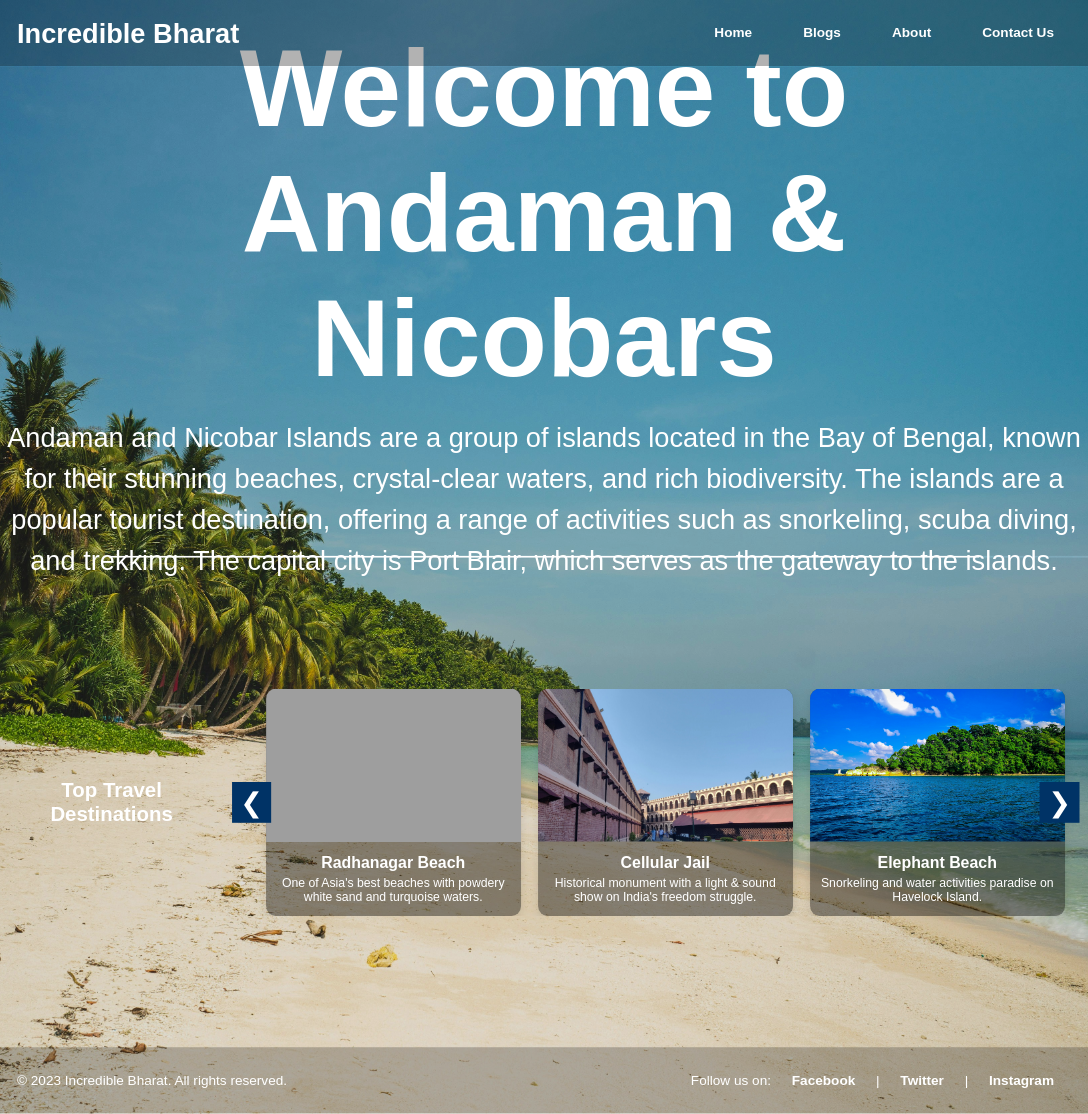
Repository: jaidhiman111/incrediblebharat
Page: destinations/Andaman-Nicobar/Andaman&Nicobar.html
An editor plug-in stored every save of this project. The page is shown before and after the next save, followed by the edit.
The browser window is 1280 px wide. The pictures show the whole page, at 85% of full size.
Pictures or frames that could not be fetched are drawn as grey boxes.

Above is the page before, as saved 2025-05-01 21:42:35.

After the next save:
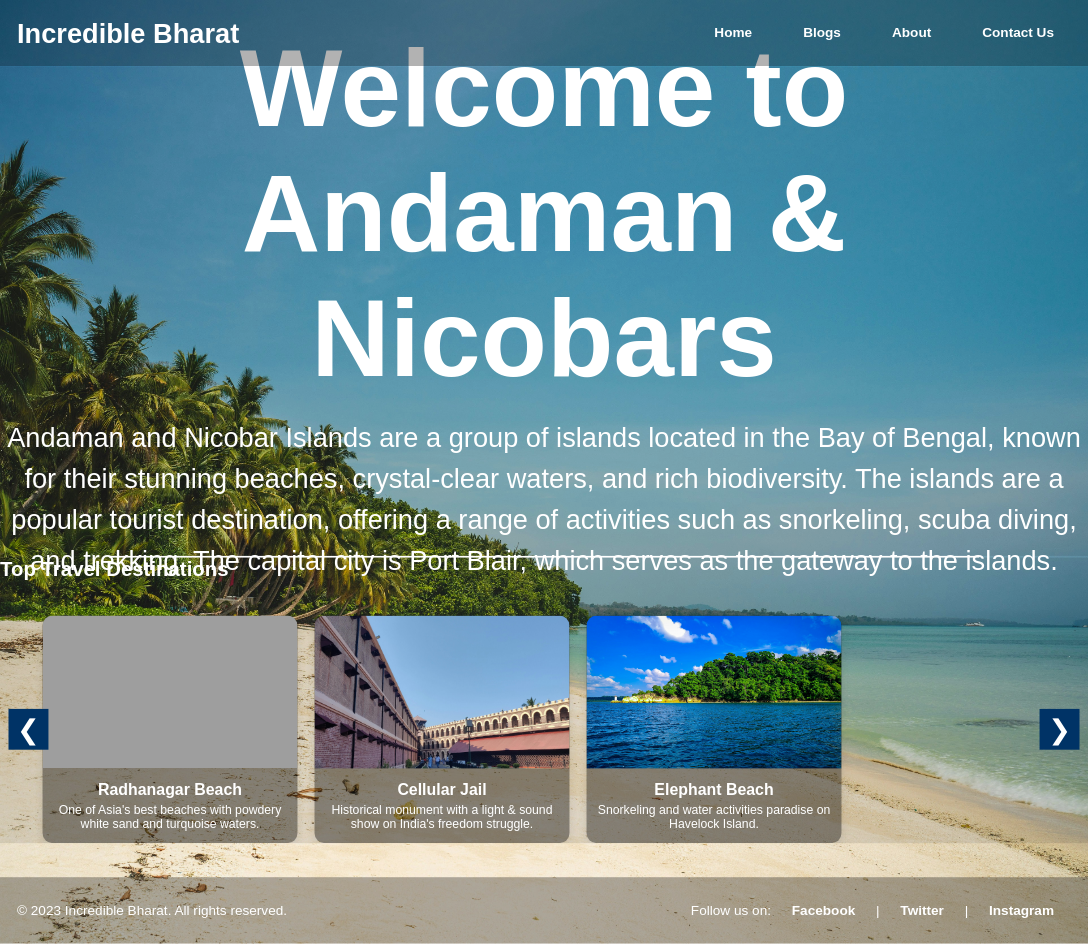
Saved 31 s later.
--- a/assets/style.css
+++ b/assets/style.css
@@ -217,13 +217,7 @@ hr {
 
 /* This is for media queries */
 /* --- Andaman & Nicobar Page Enhancements --- */
-#travel-slider {
-    display: flex;
-    justify-content: center;
-    align-items: center;
-    height: 80vh;
-    text-align: center;
-}
+
 .slider-container {
     position: relative;
     max-width: 100%;
